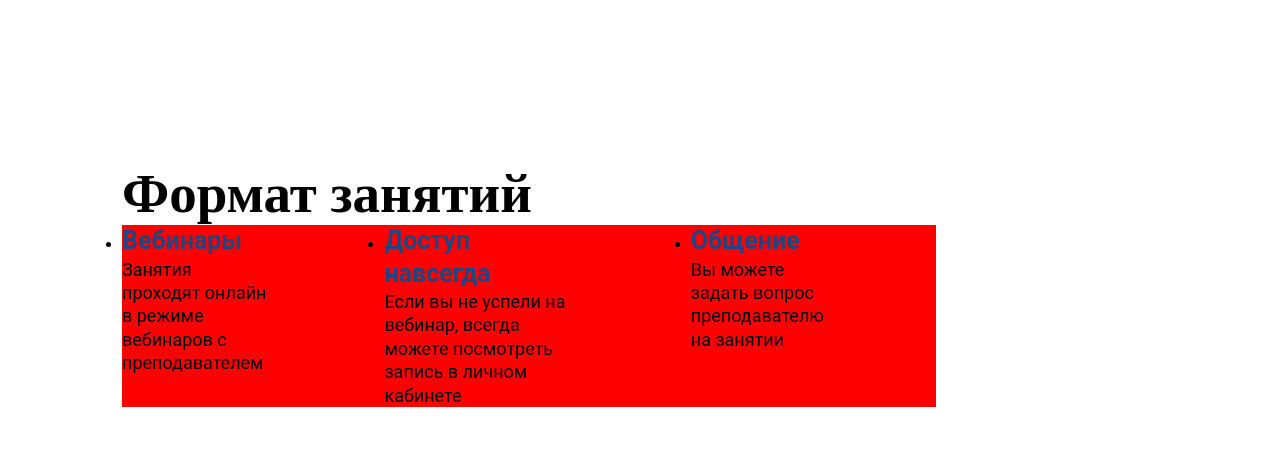
Repository: mirali879/previous-proj
Page: index.html
An editor plug-in stored every save of this project. The page is shown before and after a run of saves, followed by the edit.
The browser window is 1280 px wide. The pictures show the whole page.

Above is the page before, as saved 2023-05-06 19:12:55.

After the next 3 saves:
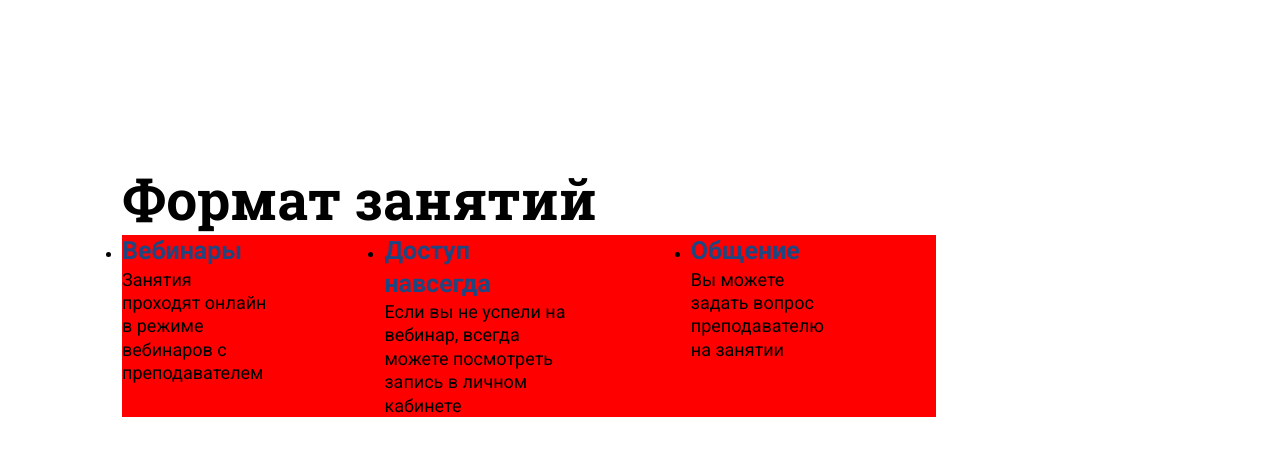
The 3 saves are shown as one change because they came seconds apart.
The last was saved 20 s later.
--- a/style.css
+++ b/style.css
@@ -1,3 +1,4 @@
+@import url("https://fonts.googleapis.com/css2?family=Roboto+Slab:wght@700&family=Roboto:wght@400;700&display=swap");
 * {
   margin: 0;
   padding: 0;
